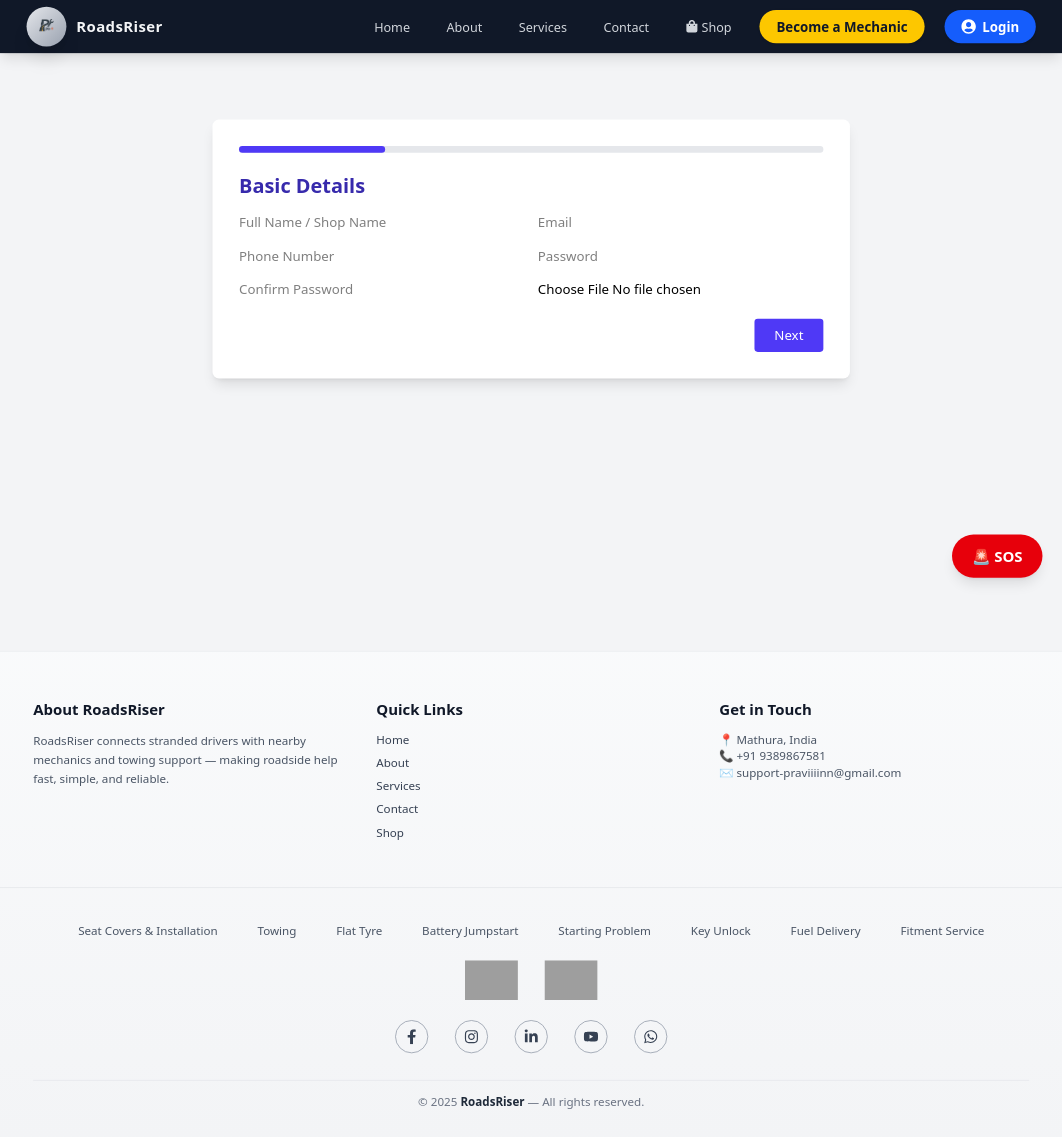
Repository: pravin-8859/ROADSRISER-APP
Page: /auth/mechanic/signup (app in frontend/)
The author's editor kept a copy of each file at every save. The page is drawn from the files as they stood at one save, then again after the next save.
The browser window is 1280 px wide. The pictures show the whole page, at 83% of full size.
Pictures or frames that could not be fetched are drawn as grey boxes. The project was rebuilt for these pictures with package versions that can differ from the ones it lists, and the page was loaded fresh each time. Also part of the build but not shown: frontend/vite.config.js, frontend/src/components/MainSection.jsx, frontend/src/pages/Home.jsx, frontend/src/pages/MechanicSearch.jsx, frontend/src/pages/RequestHelp.jsx, frontend/src/pages/Shop.jsx, frontend/src/pages/About.jsx, frontend/src/pages/Services.jsx and 17 more.

Above is the page before, as saved 2025-11-19 01:37:53.

After the next save:
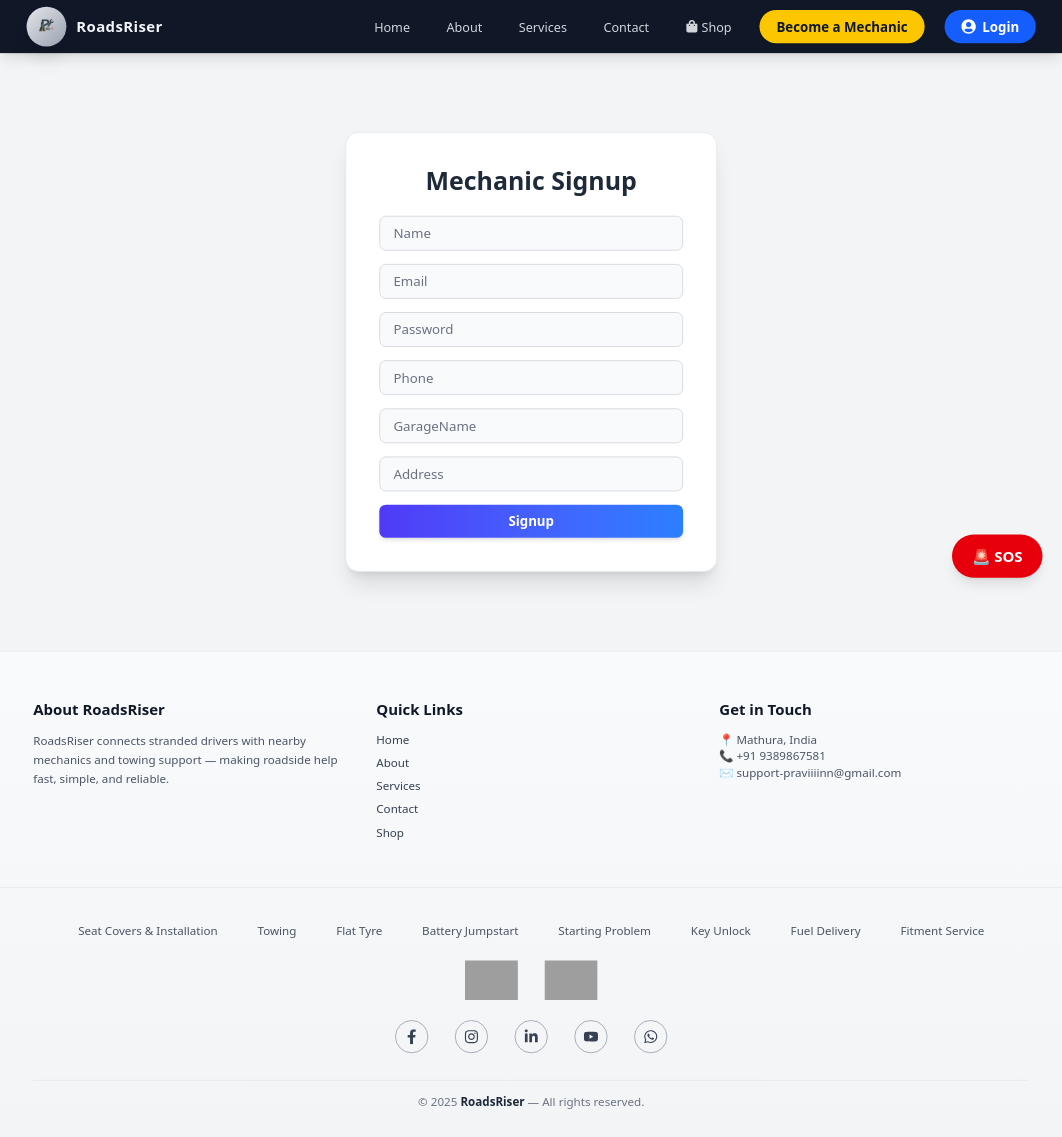
Saved 20 h 28 min later.
--- a/frontend/src/pages/MechanicSignup.jsx
+++ b/frontend/src/pages/MechanicSignup.jsx
@@ -1,90 +1,60 @@
 import { useState } from "react";
-import BasicDetails from "../components/BasicDetails";
-import GarageDetails from "../components/GarageDetails";
-import ProfessionalDetails from "../components/ProfessionalDetails";
-import VerificationDocuments from "../components/VerificationDocuments";
+import { registerMechanic } from "../api/mechanicApi";
+import { useNavigate } from "react-router-dom";
 
 export default function MechanicSignup() {
-  const [step, setStep] = useState(1);
-  const [formData, setFormData] = useState({
-    fullName: "",
+  const navigate = useNavigate();
+  const [form, setForm] = useState({
+    name: "",
     email: "",
+    password: "",
     phone: "",
-    password: "",
-    confirmPassword: "",
-    profilePhoto: null,
-    shopName: "",
-    shopAddress: "",
-    liveLocation: "",
-    availability: "24x7",
-    distanceRange: "5",
-    vehicleCategories: [],
-    specializations: [],
-    verificationDoc: "",
-    shopProof: null,
+    garageName: "",
+    address: "",
   });
 
-  const nextStep = () => setStep(step + 1);
-  const prevStep = () => setStep(step - 1);
+  const handleChange = (e) => setForm({ ...form, [e.target.name]: e.target.value });
 
-  const handleChange = (field, value) => {
-    setFormData({ ...formData, [field]: value });
+  const handleSubmit = async (e) => {
+    e.preventDefault();
+    try {
+      const res = await registerMechanic(form);
+      alert(res.message || "Signup successful!");
+      navigate("/mechanic/login");
+    } catch (err) {
+      alert(err.response?.data?.message || "Signup failed");
+    }
   };
 
-  const handleSubmit = (e) => {
-    e.preventDefault();
-    console.log("Form submitted:", formData);
-    alert("Mechanic registration submitted!");
-    // API call for registration goes here
-  };
+  return (
+    <div className="min-h-screen flex items-center justify-center bg-gray-100 dark:bg-gray-900 transition-colors duration-500">
+      <div className="bg-white dark:bg-gray-800 p-10 rounded-2xl shadow-xl w-full max-w-md border border-gray-200 dark:border-gray-700 transition-all duration-300">
+        <h2 className="text-3xl font-bold mb-6 text-center text-gray-800 dark:text-gray-100">
+          Mechanic Signup
+        </h2>
 
-  const totalSteps = 4;
-  const progress = (step / totalSteps) * 100;
+        <form className="space-y-4" onSubmit={handleSubmit}>
+          {["name", "email", "password", "phone", "garageName", "address"].map((f) => (
+            <input
+              key={f}
+              type={f === "password" ? "password" : f === "email" ? "email" : "text"}
+              name={f}
+              placeholder={f.charAt(0).toUpperCase() + f.slice(1)}
+              onChange={handleChange}
+              required
+              className="w-full px-4 py-2 rounded-lg border border-gray-300 dark:border-gray-700
+                         bg-gray-50 dark:bg-gray-900 text-gray-800 dark:text-gray-100
+                         focus:ring-2 focus:ring-indigo-500 focus:outline-none placeholder-gray-500 dark:placeholder-gray-400"
+            />
+          ))}
 
-  return (
-    <div className="min-h-screen bg-gray-100 pt-20 pb-10">
-      <div className="max-w-3xl mx-auto bg-white p-8 rounded-lg shadow-lg animate-fadeIn">
-        <div className="w-full h-2 bg-gray-200 rounded mb-6">
-          <div
-            className="h-2 bg-indigo-600 rounded transition-all duration-300"
-            style={{ width: `${progress}%` }}
-          />
-        </div>
-
-        <form onSubmit={handleSubmit}>
-          {step === 1 && <BasicDetails formData={formData} handleChange={handleChange} />}
-          {step === 2 && <GarageDetails formData={formData} handleChange={handleChange} />}
-          {step === 3 && <ProfessionalDetails formData={formData} handleChange={handleChange} />}
-          {step === 4 && <VerificationDocuments formData={formData} handleChange={handleChange} />}
-
-          <div className="flex justify-between mt-6">
-            {step > 1 ? (
-              <button
-                type="button"
-                onClick={prevStep}
-                className="px-6 py-2 bg-gray-500 text-white rounded hover:bg-gray-600 transition"
-              >
-                Previous
-              </button>
-            ) : <div />}
-
-            {step < totalSteps ? (
-              <button
-                type="button"
-                onClick={nextStep}
-                className="px-6 py-2 bg-indigo-600 text-white rounded hover:bg-indigo-700 transition"
-              >
-                Next
-              </button>
-            ) : (
-              <button
-                type="submit"
-                className="px-6 py-2 bg-green-600 text-white rounded hover:bg-green-700 transition"
-              >
-                Submit
-              </button>
-            )}
-          </div>
+          <button
+            type="submit"
+            className="w-full bg-gradient-to-r from-indigo-600 to-blue-500 text-white py-2 rounded-lg
+                       font-semibold hover:scale-[1.02] active:scale-[0.98] transition-transform duration-200 shadow-md"
+          >
+            Signup
+          </button>
         </form>
       </div>
     </div>
